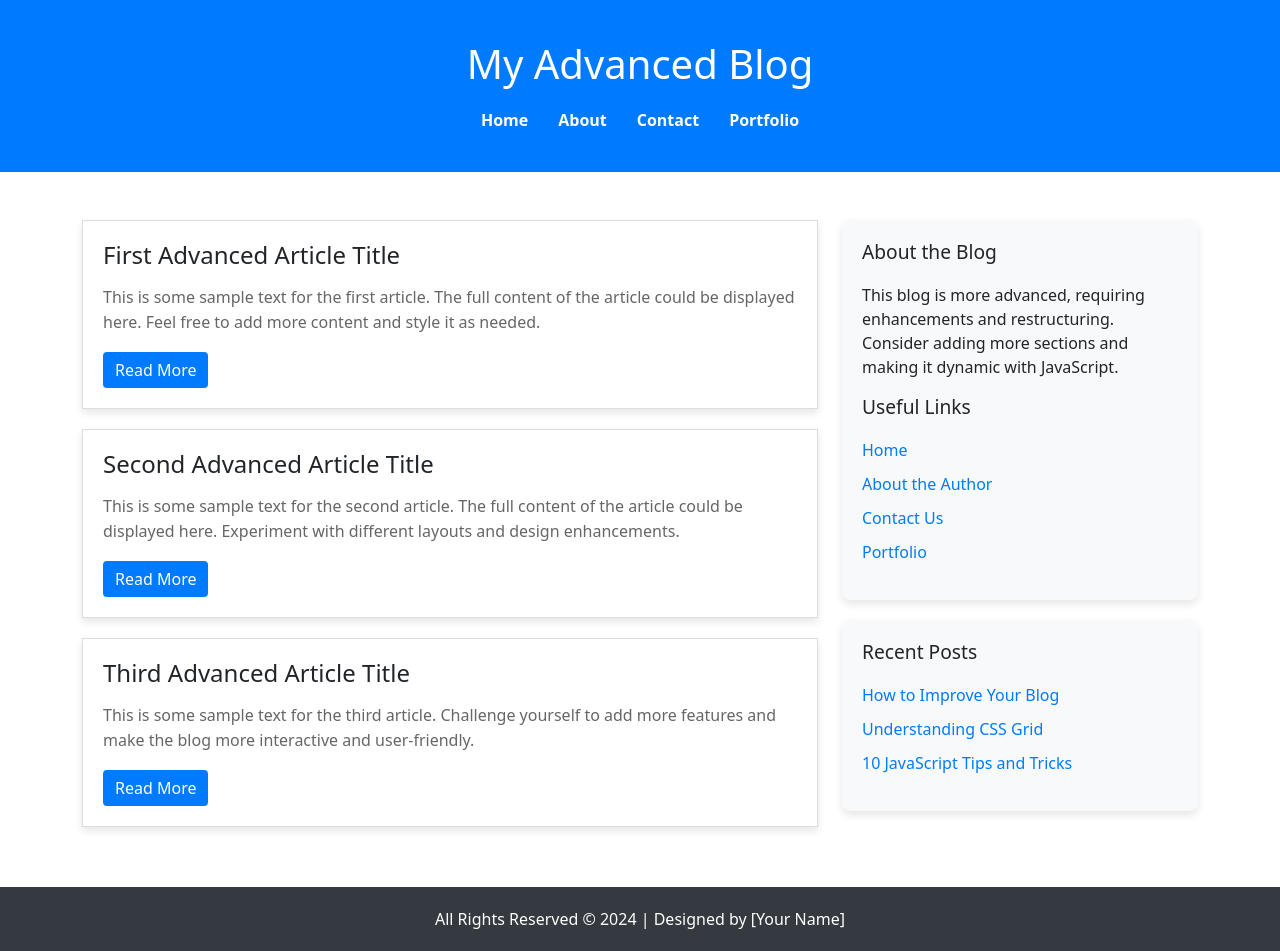
Repository: zeinawady/Blog-Code-Refactoring
Page: index.html
These files come from the project's save history. The page is drawn as it stood at one moment and after the next save; the edit follows.
The browser window is 1280 px wide. The pictures show the whole page.

Above is the page before, as saved 2024-09-23 13:48:35.

### index.html
<!DOCTYPE html>
<html lang="en">
  <head>
    <meta charset="UTF-8" />
    <meta name="viewport" content="width=device-width, initial-scale=1.0" />
    <title>My Advanced Blog</title>
    <link rel="stylesheet" href="style.css">
    <link
      href="https://cdn.jsdelivr.net/npm/bootstrap@5.1.3/dist/css/bootstrap.min.css"
      rel="stylesheet"
    />

  </head>
  <body>
    <header>
      <h1>My Advanced Blog</h1>
      <div class="nav-links">
        <a href="#">Home</a>
        <a href="#">About</a>
        <a href="#">Contact</a>
        <a href="#">Portfolio</a>
      </div>
    </header>

    <div class="container mt-5">
      <div class="row">
        <div class="col-md-8">
          <div class="post">
            <h2>First Advanced Article Title</h2>
            <p>
              This is some sample text for the first article. The full content
              of the article could be displayed here. Feel free to add more
              content and style it as needed.
            </p>
            <button class="btn btn-primary">Read More</button>
          </div>
          <div class="post">
            <h2>Second Advanced Article Title</h2>
            <p>
              This is some sample text for the second article. The full content
              of the article could be displayed here. Experiment with different
              layouts and design enhancements.
            </p>
            <button class="btn btn-primary">Read More</button>
          </div>
          <div class="post">
            <h2>Third Advanced Article Title</h2>
            <p>
              This is some sample text for the third article. Challenge yourself
              to add more features and make the blog more interactive and
              user-friendly.
            </p>
            <button class="btn btn-primary">Read More</button>
          </div>
        </div>
        <div class="col-md-4">
          <div class="sidebar">
            <h3>About the Blog</h3>
            <p>
              This blog is more advanced, requiring enhancements and
              restructuring. Consider adding more sections and making it dynamic
              with JavaScript.
            </p>
            <h3>Useful Links</h3>
            <ul>
              <li><a href="#">Home</a></li>
              <li><a href="#">About the Author</a></li>
              <li><a href="#">Contact Us</a></li>
              <li><a href="#">Portfolio</a></li>
            </ul>
          </div>
          <div class="sidebar">
            <h3>Recent Posts</h3>
            <ul>
              <li><a href="#">How to Improve Your Blog</a></li>
              <li><a href="#">Understanding CSS Grid</a></li>
              <li><a href="#">10 JavaScript Tips and Tricks</a></li>
            </ul>
          </div>
        </div>
      </div>
    </div>

    <div class="footer">
      <p>All Rights Reserved © 2024 | Designed by [Your Name]</p>
    </div>

    <script src="https://cdn.jsdelivr.net/npm/bootstrap@5.1.3/dist/js/bootstrap.bundle.min.js"></script>
  </body>
</html>

### style.css
body {
    font-family: Arial, sans-serif;
    background-color: #f4f4f9;
  }
  header {
    background-color: #007bff;
    color: white;
    padding: 40px 0;
    text-align: center;
    position: relative;
  }
  header::after {
    content: "";
    position: absolute;
    bottom: -20px;
    left: 50%;
    transform: translateX(-50%);
    width: 100px;
    height: 5px;
    background-color: white;
  }
  .nav-links {
    display: flex;
    justify-content: center;
    margin-top: 20px;
  }
  .nav-links a {
    color: white;
    margin: 0 15px;
    text-decoration: none;
    font-weight: bold;
  }
  .nav-links a:hover {
    text-decoration: underline;
  }
  .post {
    border: 1px solid #ddd;
    margin-bottom: 20px;
    padding: 20px;
    background-color: white;
    box-shadow: 0 4px 8px rgba(0, 0, 0, 0.1);
    transition: transform 0.3s ease, box-shadow 0.3s ease;
  }
  .post:hover {
    transform: translateY(-5px);
    box-shadow: 0 8px 16px rgba(0, 0, 0, 0.2);
  }
  .post h2 {
    font-size: 1.5rem;
    margin-bottom: 15px;
  }
  .post p {
    color: #666;
    line-height: 1.6;
  }
  .post .btn-primary {
    background-color: #007bff;
    border: none;
  }
  .post .btn-primary:hover {
    background-color: #0056b3;
  }
  .sidebar {
    background-color: #f8f9fa;
    padding: 20px;
    border-radius: 8px;
    box-shadow: 0 4px 8px rgba(0, 0, 0, 0.1);
    margin-bottom: 20px;
  }
  .sidebar h3 {
    margin-bottom: 20px;
    font-size: 1.2rem;
  }
  .sidebar ul {
    list-style-type: none;
    padding-left: 0;
  }
  .sidebar ul li {
    margin-bottom: 10px;
  }
  .sidebar ul li a {
    color: #007bff;
    text-decoration: none;
  }
  .sidebar ul li a:hover {
    text-decoration: underline;
  }
  .footer {
    background-color: #343a40;
    color: white;
    text-align: center;
    padding: 20px;
    margin-top: 40px;
  }
  .footer p {
    margin: 0;
  }

After the next save:
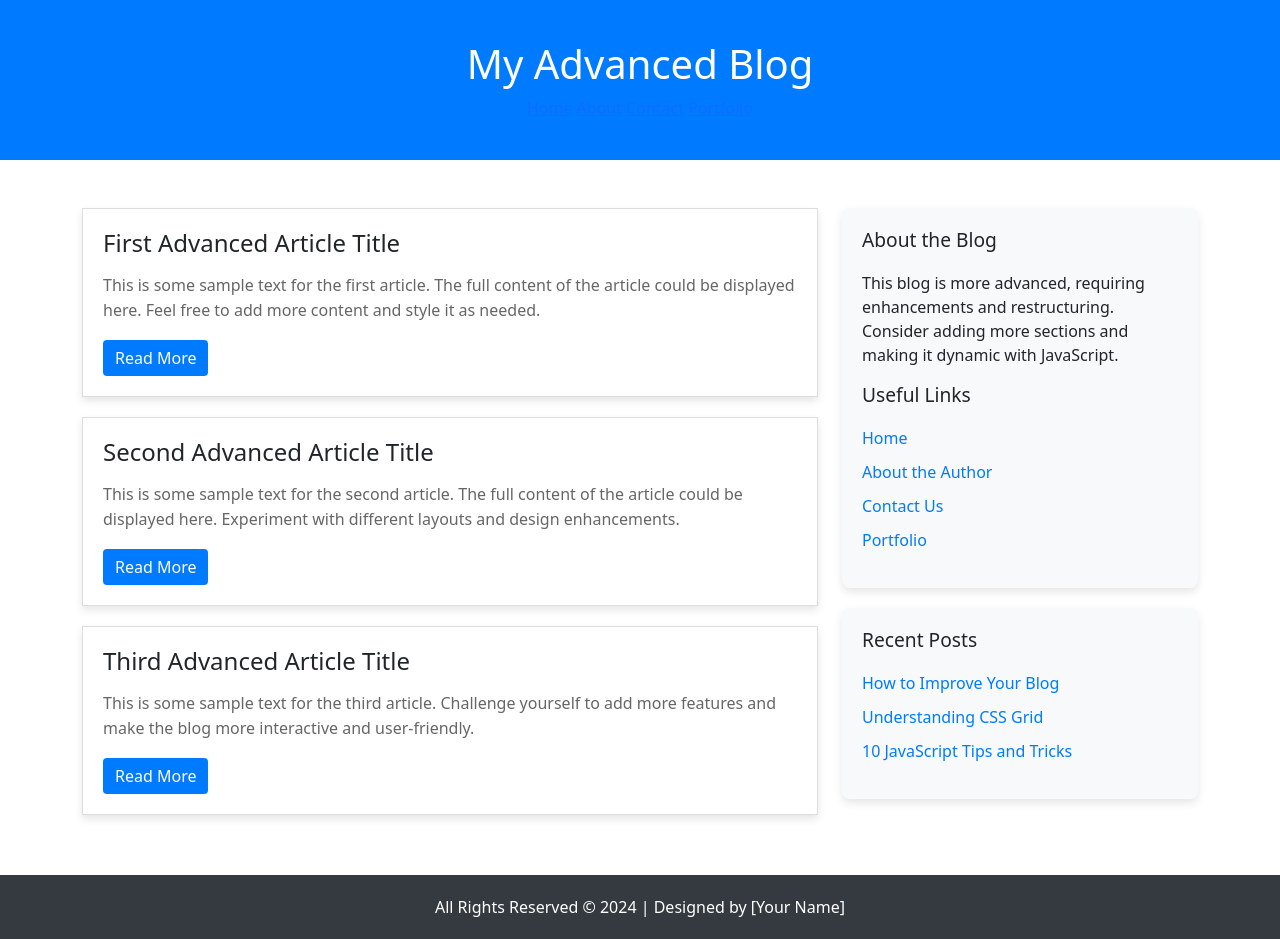
Saved 40 s later.
--- a/index.html
+++ b/index.html
@@ -14,12 +14,12 @@
   <body>
     <header>
       <h1>My Advanced Blog</h1>
-      <div class="nav-links">
+      <nav>
         <a href="#">Home</a>
         <a href="#">About</a>
         <a href="#">Contact</a>
         <a href="#">Portfolio</a>
-      </div>
+      </nav>
     </header>
 
     <div class="container mt-5">

After the 2 saves that followed:
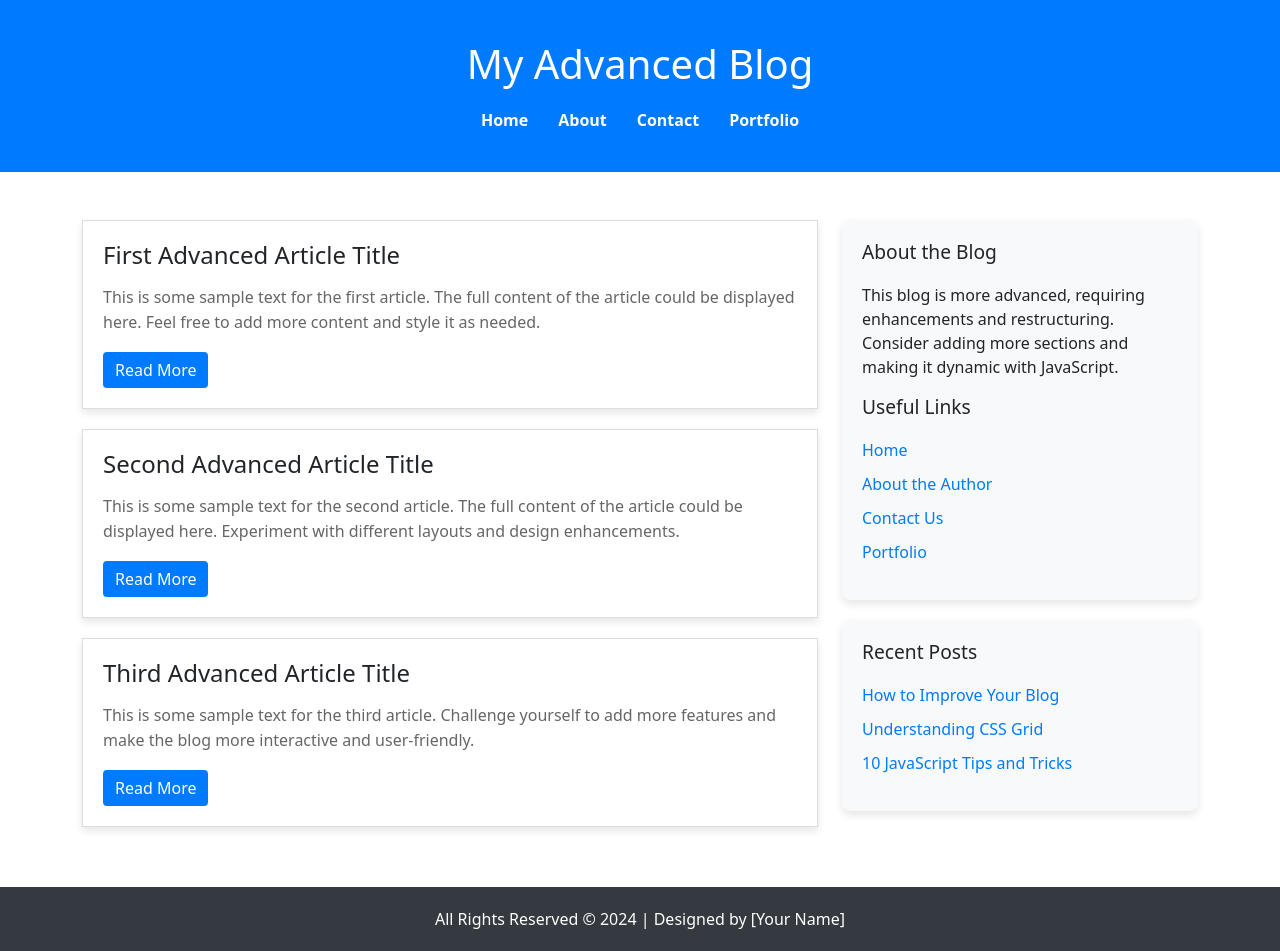
The 2 saves are shown as one change because they came seconds apart.
The last was saved 11 s later.
--- a/style.css
+++ b/style.css
@@ -19,12 +19,12 @@ body {
     height: 5px;
     background-color: white;
   }
-  .nav-links {
+  nav {
     display: flex;
     justify-content: center;
     margin-top: 20px;
   }
-  .nav-links a {
+  nav a {
     color: white;
     margin: 0 15px;
     text-decoration: none;
